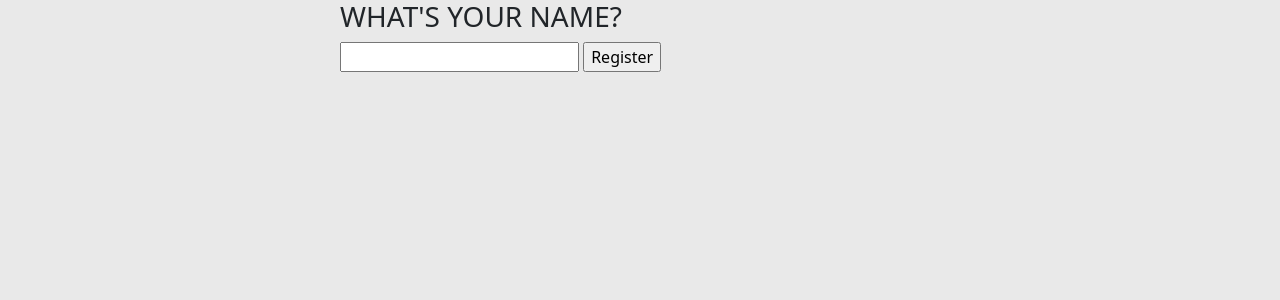
Repository: haimy125/demo_chat
Page: http://localhost/
These files come from the project's save history. The page is drawn as it stood at one moment and after the next save; the edit follows.
The browser window is 1280 px wide. The pictures show the whole page.
The page is served by the project's Node server (DEMO_CHAT_SOCKETIO/SERVER.js).

Above is the page before, as saved 2021-08-29 15:24:36.

### DEMO_CHAT_SOCKETIO/views/trangchu.ejs
<!DOCTYPE html>
<html lang="en">

<head>
    <meta charset="UTF-8">
    <meta http-equiv="X-UA-Compatible" content="IE=edge">
    <meta name="viewport" content="width=device-width, initial-scale=1.0">
    <title>demo chat</title>
    <link href="https://cdn.jsdelivr.net/npm/bootstrap@5.0.2/dist/css/bootstrap.min.css" rel="stylesheet" integrity="sha384-EVSTQN3/azprG1Anm3QDgpJLIm9Nao0Yz1ztcQTwFspd3yD65VohhpuuCOmLASjC" crossorigin="anonymous">
    <script src="https://cdn.jsdelivr.net/npm/@popperjs/core@2.9.2/dist/umd/popper.min.js" integrity="sha384-IQsoLXl5PILFhosVNubq5LC7Qb9DXgDA9i+tQ8Zj3iwWAwPtgFTxbJ8NT4GN1R8p" crossorigin="anonymous"></script>
    <script src="https://cdn.jsdelivr.net/npm/bootstrap@5.0.2/dist/js/bootstrap.min.js" integrity="sha384-cVKIPhGWiC2Al4u+LWgxfKTRIcfu0JTxR+EQDz/bgldoEyl4H0zUF0QKbrJ0EcQF" crossorigin="anonymous"></script>

    <script src="jquery.js"></script>
    <script src="socket.io/socket.io.js"></script>
    <link rel="stylesheet" href="layout.css">
    <script src="xuly.js">
    </script>
</head>

<body>
    <div id="wrapper">
        <div id="loginForm">
            <h3>WHAT'S YOUR NAME?</h3>
            <input type="text" id="txtUsername">
            <input type="button" value="Register" id="btnRegister" />
        </div>
        <div id="chatForm"></div>
    </div>
</body>

</html>

### DEMO_CHAT_SOCKETIO/SERVER.js
var express = require('express'); //phai require thu vien express moi chay
var app = express(); //khai bao server
app.use(express.static("public")); //can file js, css nen khai bao the nay de all file trong public la khach hang truy cap duoc het

app.set("view engine", "ejs"); //
app.set("views", "./views");
var server = require('http').Server(app); //dựng server
var io = require('socket.io')(server);
server.listen(3000);


app.get('/', function(req, res) {
    res.render('trangchu');
});

### DEMO_CHAT_SOCKETIO/public/layout.css
body {
    background-color: #e9e9e9;
}

#wrapper {
    width: 600px;
    margin: 0 auto;
}

### DEMO_CHAT_SOCKETIO/public/xuly.js
$(document).ready(function() {
    // alert('a');
});

Loaded but not shown: DEMO_CHAT_SOCKETIO/public/jquery.js (library)

After the next save:
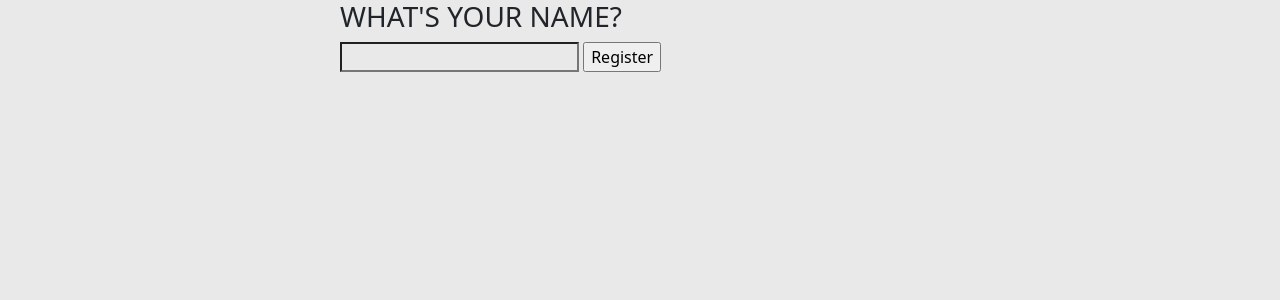
Saved 66 s later.
--- a/DEMO_CHAT_SOCKETIO/public/layout.css
+++ b/DEMO_CHAT_SOCKETIO/public/layout.css
@@ -6,3 +6,8 @@ body {
     width: 600px;
     margin: 0 auto;
 }
+
+#txtUsername {
+    background-color: transparent;
+    border-width: 0 0 1 0;
+}
